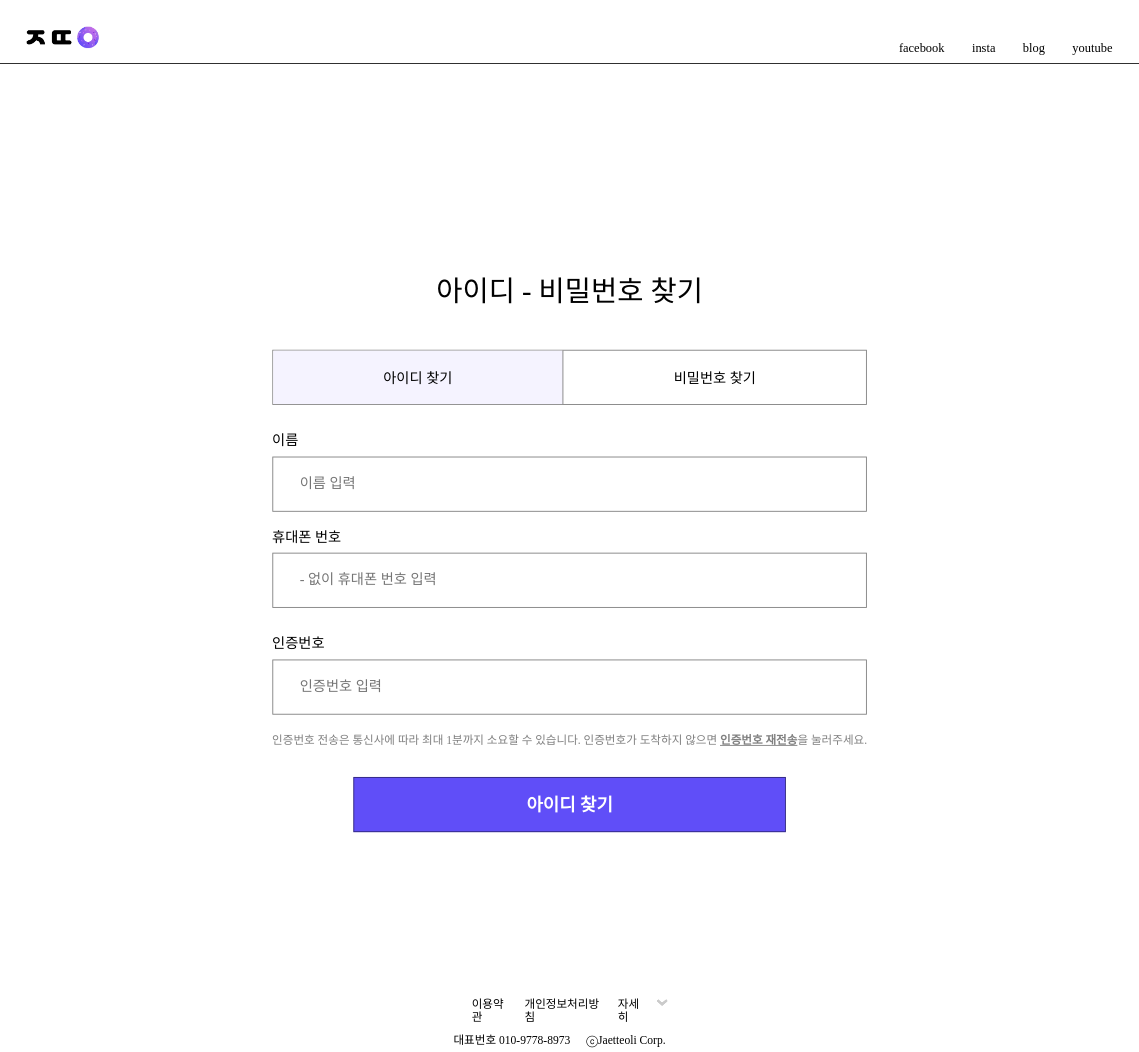
Repository: raoniee/Jaetteoli-React-Project
Page: /help
These files come from the project's save history. The page is drawn as it stood at one moment and after the next save; the edit follows.
The browser window is 1280 px wide. The pictures show the whole page, at 89% of full size.
Some web fonts or font styles are not loaded; a fallback is used. The project was rebuilt for these pictures with package versions that can differ from the ones it lists, and the page was loaded fresh each time. Also part of the build but not shown: src/component/main/ManageReview.module.css, src/component/main/ReviewContainer.module.css, src/component/main/ReviewItem.module.css, src/component/main/ReviewItem.js, src/component/main/ReviewContainer.js, src/component/sidebar/SideBar.module.css, src/component/sidebar/SideBar.js, src/component/main/ManageReview.js and 57 more.

Above is the page before, as saved 2023-07-06 23:14:03.

After the next save:
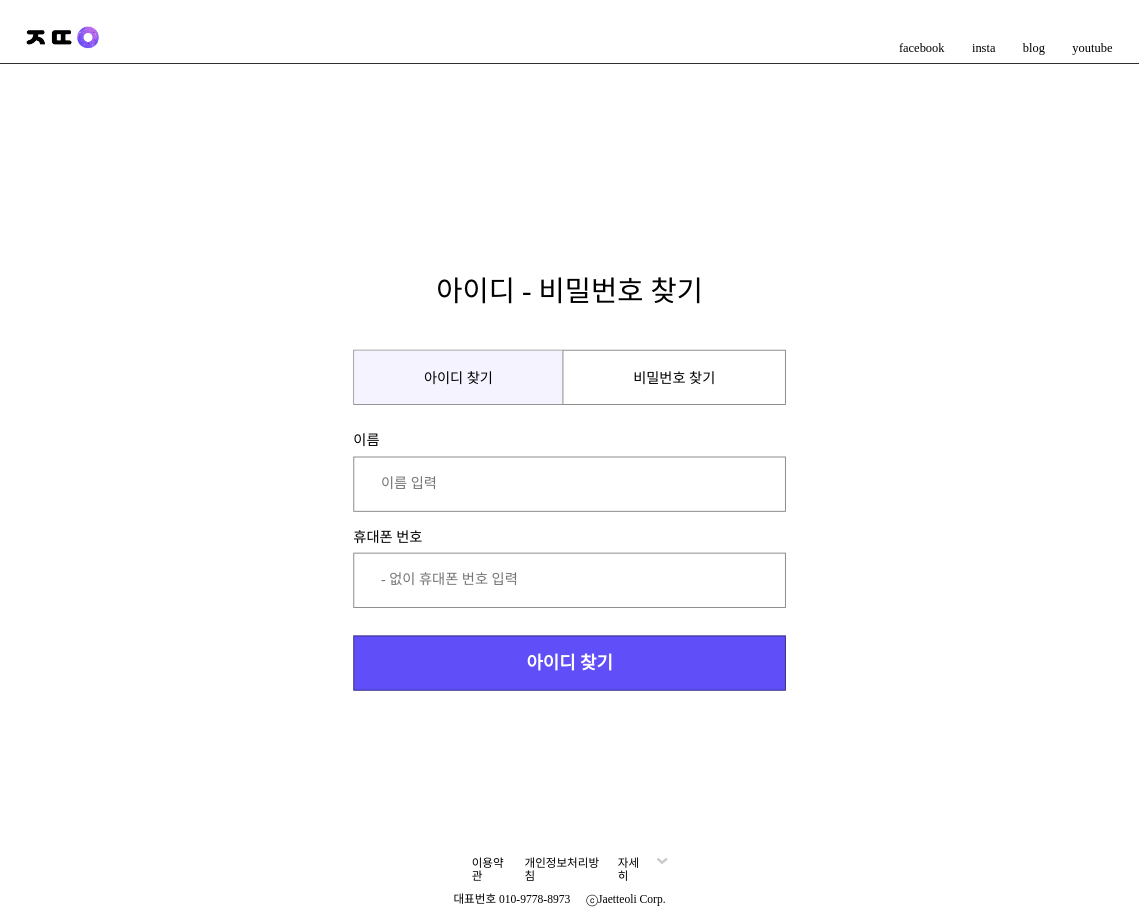
Saved 6 s later.
--- a/src/component/login/IDSearch.jsx
+++ b/src/component/login/IDSearch.jsx
@@ -20,7 +20,7 @@ export default function IDSearch() {
           className={style.phone}
         />
       </form>
-      {click ? <IDSearchPhone /> : <PasswordSearchPhone />}
+      {/* {click ? <IDSearchPhone /> : <PasswordSearchPhone />} */}
       <BTN onClick={handleButton} />
     </>
   );
